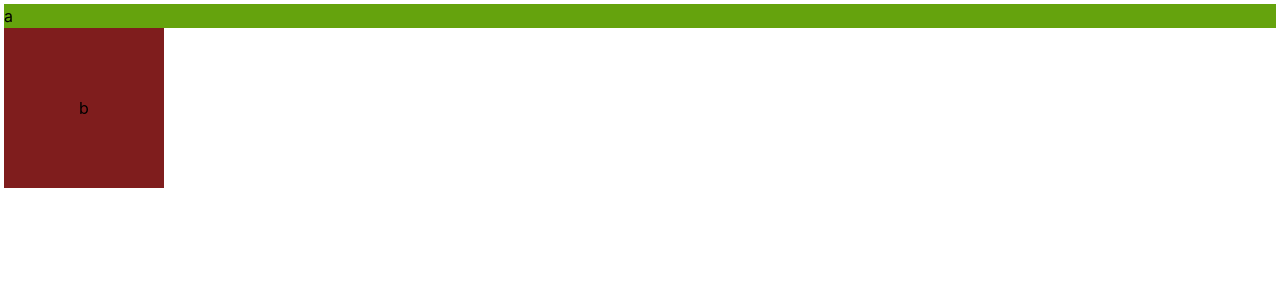
Repository: wogml3270/react-test-server
Page: /
The author's editor kept a copy of each file at every save. The page is drawn from the files as they stood at one save, then again after the next save.
The browser window is 1280 px wide. The pictures show the whole page.
The project was rebuilt for these pictures with package versions that can differ from the ones it lists, and the page was loaded fresh each time. Also part of the build but not shown: src/App.css.

Above is the page before, as saved 2022-08-14 16:51:54.

### src/index.js
import React from 'react';
import ReactDOM from 'react-dom/client';
import './index.css';
import App from './App';
import reportWebVitals from './reportWebVitals';
import './tailwind.css';

const root = ReactDOM.createRoot(document.getElementById('root'));
root.render(
  <React.StrictMode>
    <App />
  </React.StrictMode>
);

// If you want to start measuring performance in your app, pass a function
// to log results (for example: reportWebVitals(console.log))
// or send to an analytics endpoint. Learn more: https://bit.ly/CRA-vitals
reportWebVitals();

### src/App.js

import './App.css';

function App() {
  return (
    <>
      <div className="m-1">
        <div className="bg-lime-600">a</div>
        <h1 className="bg-red-900 h-40 w-40 flex justify-center items-center">b</h1>
      </div>
    </>
  );
}

export default App;

### src/tailwind.css
/* src/tailwind.css */

@tailwind base;
@tailwind components;
@tailwind utilities;

### tailwind.config.js
// tailwindcss.config.js

module.exports = {
    content: ['./src/**/*.{js,jsx,ts,tsx}', './public/index.html'],
    theme: {
        extend: {},
    },
    plugins: [],
};

Loaded but not shown: public/index.html (common file); src/index.css (common file); src/reportWebVitals.js (common file)

After the next save:
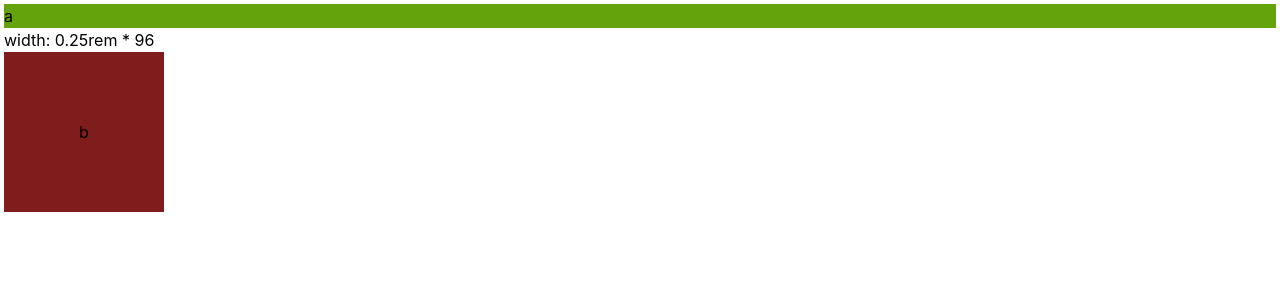
Saved 8 min 47 s later.
--- a/src/App.js
+++ b/src/App.js
@@ -6,6 +6,7 @@ function App() {
     <>
       <div className="m-1">
         <div className="bg-lime-600">a</div>
+        <div className="w-96">width: 0.25rem * 96</div>
         <h1 className="bg-red-900 h-40 w-40 flex justify-center items-center">b</h1>
       </div>
     </>
